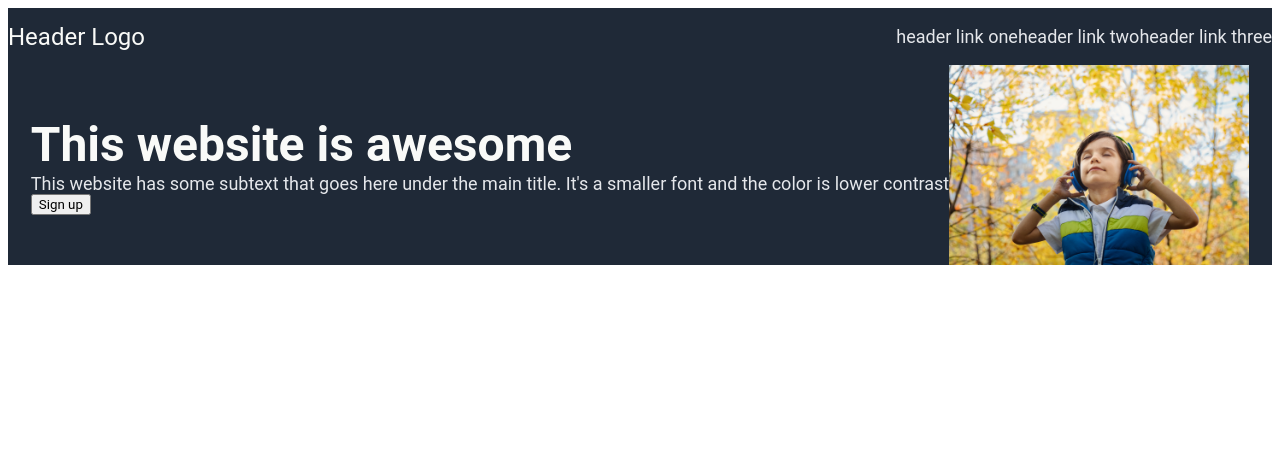
Repository: z1youRA/FirstWebsite
Page: index.html
These files come from the project's save history. The page is drawn as it stood at one moment and after a run of saves; the edit follows.
The browser window is 1280 px wide. The pictures show the whole page.

Above is the page before, as saved 2021-11-25 17:12:00.

After the next 2 saves:
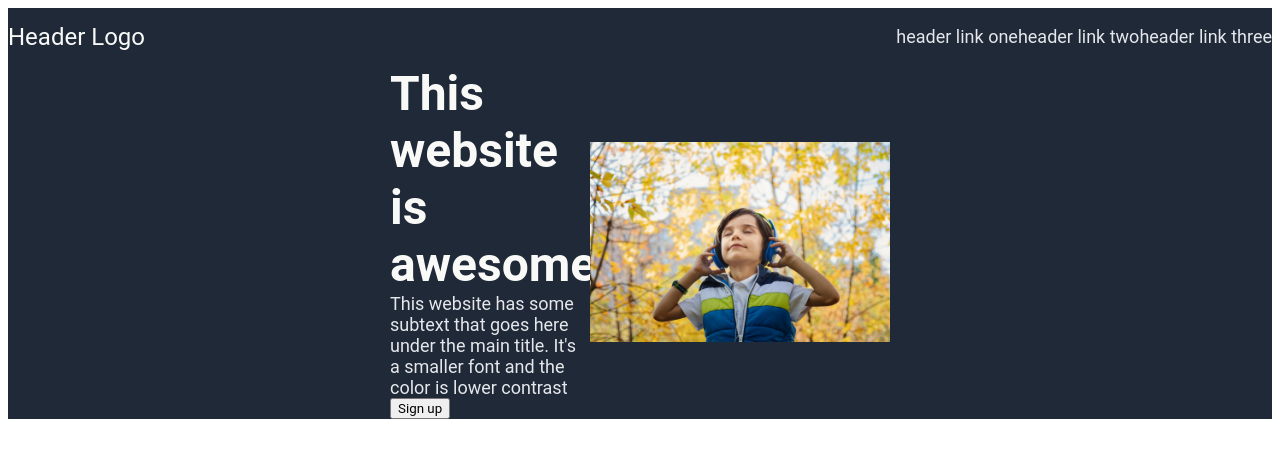
The 2 saves are shown as one change because they came seconds apart.
The last was saved 2 min 0 s later.
--- a/styles.css
+++ b/styles.css
@@ -21,6 +21,7 @@
 }
 
 .text {
+    max-width: 200px;
     flex-wrap: wrap;
 }
 
